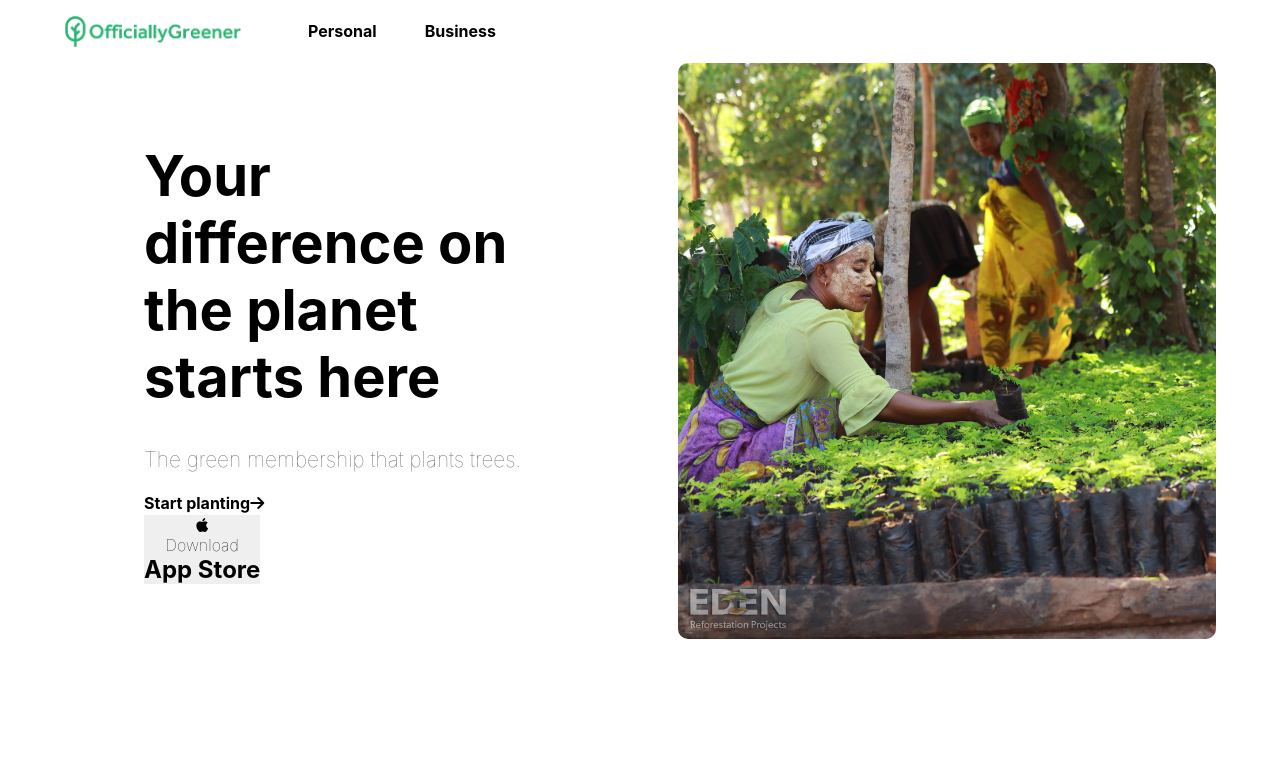
Repository: Sinkycode/Officially-Greener-v2
Page: index.html
The author's editor kept a copy of each file at every save. The page is drawn from the files as they stood at one save, then again after the next save.
The browser window is 1280 px wide. The pictures show the whole page.
Some web libraries are served in a nearby version.

Above is the page before, as saved 2023-03-08 15:43:42.

After the next save:
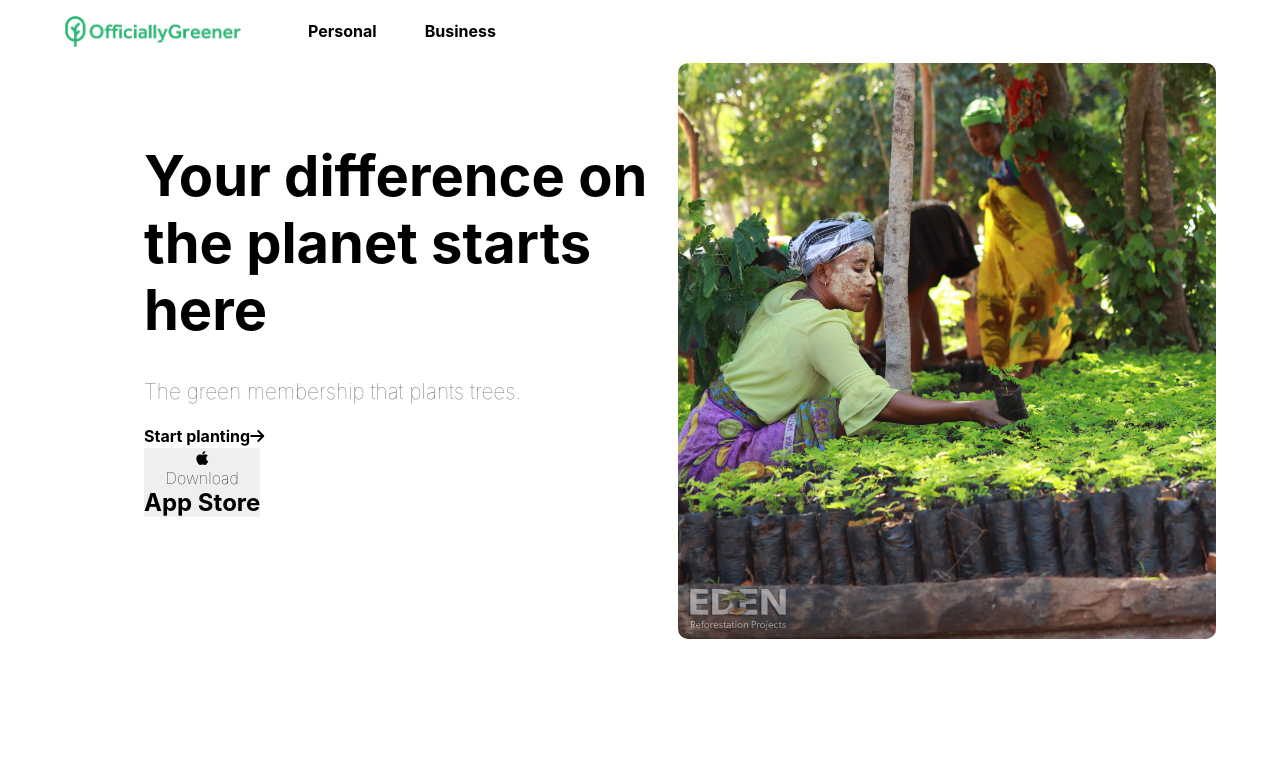
Saved 67 s later.
--- a/style.css
+++ b/style.css
@@ -132,7 +132,7 @@
 
 .landing-page__context .big-txt {
   /* border: 1px solid red; */
-  max-width: 80%;
+  min-width: 80%;
   line-height: 1.2;
   margin-bottom: 2rem;
 }
